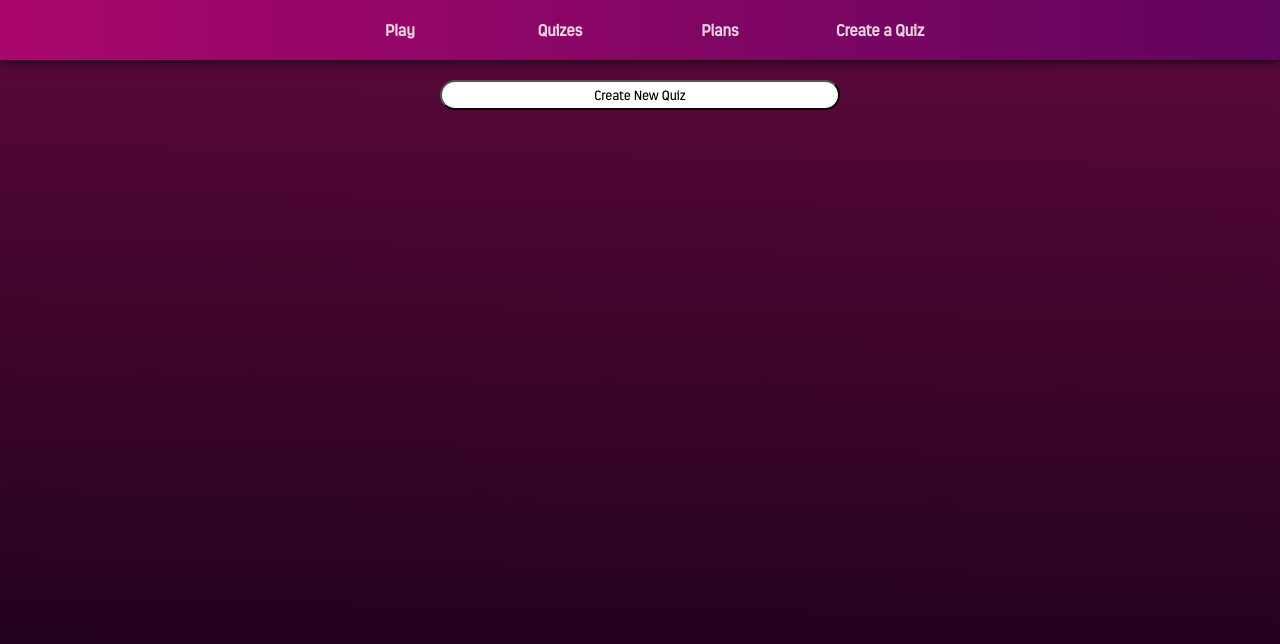
Repository: YoanDimitrov97/quiz-project
Page: /my_quiz (app in quiz_frontend/)
The author's editor kept a copy of each file at every save. The page is drawn from the files as they stood at one save, then again after the next save.
The browser window is 1280 px wide. The pictures show the whole page.
The page's requests for data from a server got no answer. The project was rebuilt for these pictures with package versions that can differ from the ones it lists, and the page was loaded fresh each time. No one was signed in, and anything a server would have sent is missing. Also part of the build but not shown: quiz_frontend/src/components/Index/Login.vue, quiz_frontend/src/components/Index/ProfileNav.vue, quiz_frontend/src/components/CreateQuiz/NewQuizQuestion.vue, quiz_frontend/src/components/CreateQuiz.vue, quiz_frontend/src/components/Index/QuizBox.vue, quiz_frontend/src/components/Index/EnterCode.vue, quiz_frontend/src/components/Index.vue, quiz_frontend/src/components/MyQuiz/MyQuizBox.vue.

Above is the page before, as saved 2020-01-16 15:35:08.

After the next save:
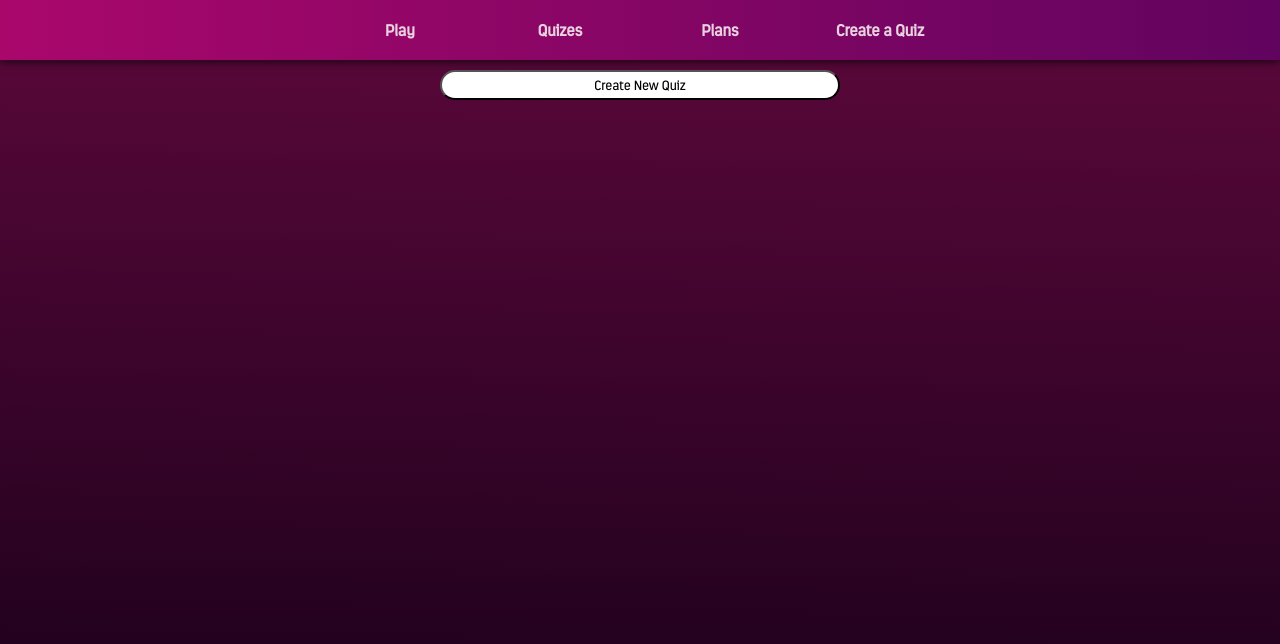
Saved 5 s later.
--- a/quiz_frontend/src/components/MyQuiz.vue
+++ b/quiz_frontend/src/components/MyQuiz.vue
@@ -48,7 +48,6 @@ export default {
     margin: 0 auto;
     display:grid;
     justify-content:center;
-    padding-top:10px;
 
     .create_quiz_btn {
         width:400px;
